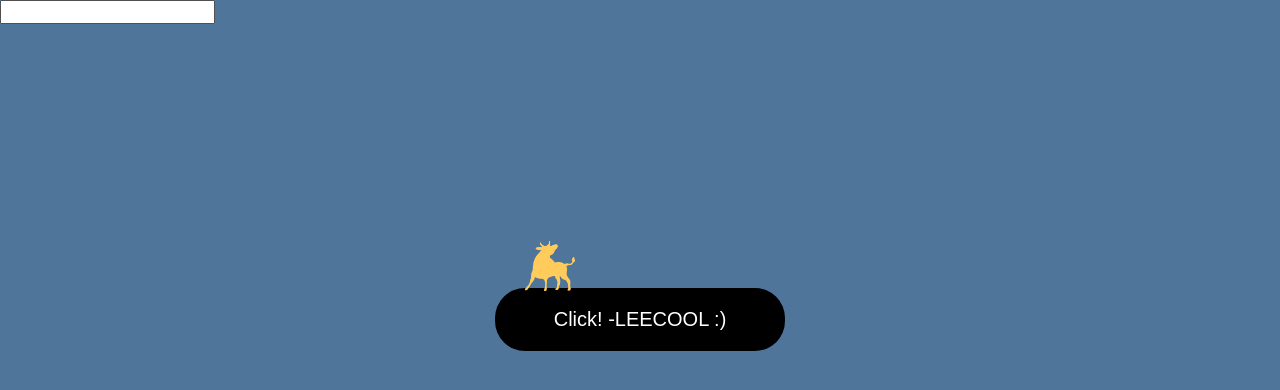
Repository: siwon9898/interaction_practice
Page: section6/index.html
An editor plug-in stored every save of this project. The page is shown before and after the next save, followed by the edit.
The browser window is 1280 px wide. The pictures show the whole page.

Above is the page before, as saved 2021-10-05 20:00:20.

### section6/index.html
<!DOCTYPE html>
<html lang="en">

<head>
    <meta charset="UTF-8">
    <meta http-equiv="X-UA-Compatible" content="IE=edge">
    <meta name="viewport" content="width=device-width, initial-scale=1.0">
    <meta property="og:image" content="../image/thumb.jpg" />

    <link rel="stylesheet" type="text/css" href="./css/reset.css" />
    <link rel="stylesheet" type="text/css" href="./css/motion.css" />
    <script type="text/javascript" src = "./js/motion.js"></script>

    <title>새복많받</title>
</head>

<body>
    <button type="button">Click! -LEECOOL :) </button>
    <div class="contentWrap">
        <div class="front">
            <h1></h1>
            <div class="sun"></div>
            <div class="cloud1"></div>
            <div class="cloud2"></div>

            <div class="m1"></div>
            <div class="m2"></div>
            <div class="snow"></div>
            <div class="m3"></div>
            <div class="cow"></div>
        </div>
        <div class="back">
            <p class="msg"></p>
            <h3></h3>
        </div>
    </div>
    <div class="user">
        <input class = "userinput" type="text">
    </div>
</body>

</html>

### section6/css/reset.css
/*! normalize.css v3.0.2 | MIT License | git.io/normalize */

/**
 * 1. Set default font family to sans-serif.
 * 2. Prevent iOS text size adjust after orientation change, without disabling
 *    user zoom.
 */

html {
  font-family: sans-serif;
  /* 1 */
  -ms-text-size-adjust: 100%;
  /* 2 */
  -webkit-text-size-adjust: 100%;
  /* 2 */
}

/**
   * Remove default margin.
   */

body {
  margin: 0;
}

/* HTML5 display definitions
     ========================================================================== */

/**
   * Correct `block` display not defined for any HTML5 element in IE 8/9.
   * Correct `block` display not defined for `details` or `summary` in IE 10/11
   * and Firefox.
   * Correct `block` display not defined for `main` in IE 11.
   */

article,
aside,
details,
figcaption,
figure,
footer,
header,
hgroup,
main,
menu,
nav,
section,
summary {
  display: block;
}

/**
   * 1. Correct `inline-block` display not defined in IE 8/9.
   * 2. Normalize vertical alignment of `progress` in Chrome, Firefox, and Opera.
   */

audio,
canvas,
progress,
video {
  display: inline-block;
  /* 1 */
  vertical-align: baseline;
  /* 2 */
}

/**
   * Prevent modern browsers from displaying `audio` without controls.
   * Remove excess height in iOS 5 devices.
   */

audio:not([controls]) {
  display: none;
  height: 0;
}

/**
   * Address `[hidden]` styling not present in IE 8/9/10.
   * Hide the `template` element in IE 8/9/11, Safari, and Firefox < 22.
   */

[hidden],
template {
  display: none;
}

/* Links
     ========================================================================== */

/**
   * Remove the gray background color from active links in IE 10.
   */

a {
  background-color: transparent;
}

/**
   * Improve readability when focused and also mouse hovered in all browsers.
   */

a:active,
a:hover {
  outline: 0;
}

/* Text-level semantics
     ========================================================================== */

/**
   * Address styling not present in IE 8/9/10/11, Safari, and Chrome.
   */

abbr[title] {
  border-bottom: 1px dotted;
}

/**
   * Address style set to `bolder` in Firefox 4+, Safari, and Chrome.
   */

b,
strong {
  font-weight: bold;
}

/**
   * Address styling not present in Safari and Chrome.
   */

dfn {
  font-style: italic;
}

/**
   * Address variable `h1` font-size and margin within `section` and `article`
   * contexts in Firefox 4+, Safari, and Chrome.
   */

h1 {
  font-size: 2em;
  margin: 0.67em 0;
}

/**
   * Address styling not present in IE 8/9.
   */

mark {
  background: #ff0;
  color: #000;
}

/**
   * Address inconsistent and variable font size in all browsers.
   */

small {
  font-size: 80%;
}

/**
   * Prevent `sub` and `sup` affecting `line-height` in all browsers.
   */

sub,
sup {
  font-size: 75%;
  line-height: 0;
  position: relative;
  vertical-align: baseline;
}

sup {
  top: -0.5em;
}

sub {
  bottom: -0.25em;
}

/* Embedded content
     ========================================================================== */

/**
   * Remove border when inside `a` element in IE 8/9/10.
   */

img {
  border: 0;
}

/**
   * Correct overflow not hidden in IE 9/10/11.
   */

svg:not(:root) {
  overflow: hidden;
}

/* Grouping content
     ========================================================================== */

/**
   * Address margin not present in IE 8/9 and Safari.
   */

figure {
  margin: 1em 40px;
}

/**
   * Address differences between Firefox and other browsers.
   */

hr {
  -moz-box-sizing: content-box;
  box-sizing: content-box;
  height: 0;
}

/**
   * Contain overflow in all browsers.
   */

pre {
  overflow: auto;
}

/**
   * Address odd `em`-unit font size rendering in all browsers.
   */

code,
kbd,
pre,
samp {
  font-family: monospace, monospace;
  font-size: 1em;
}

/* Forms
     ========================================================================== */

/**
   * Known limitation: by default, Chrome and Safari on OS X allow very limited
   * styling of `select`, unless a `border` property is set.
   */

/**
   * 1. Correct color not being inherited.
   *    Known issue: affects color of disabled elements.
   * 2. Correct font properties not being inherited.
   * 3. Address margins set differently in Firefox 4+, Safari, and Chrome.
   */

button,
input,
optgroup,
select,
textarea {
  color: inherit;
  /* 1 */
  font: inherit;
  /* 2 */
  margin: 0;
  /* 3 */
}

/**
   * Address `overflow` set to `hidden` in IE 8/9/10/11.
   */

button {
  overflow: visible;
  border: 0;
}

/**
   * Address inconsistent `text-transform` inheritance for `button` and `select`.
   * All other form control elements do not inherit `text-transform` values.
   * Correct `button` style inheritance in Firefox, IE 8/9/10/11, and Opera.
   * Correct `select` style inheritance in Firefox.
   */

button,
select {
  text-transform: none;
}

/**
   * 1. Avoid the WebKit bug in Android 4.0.* where (2) destroys native `audio`
   *    and `video` controls.
   * 2. Correct inability to style clickable `input` types in iOS.
   * 3. Improve usability and consistency of cursor style between image-type
   *    `input` and others.
   */

button,
html input[type="button"],
/* 1 */
input[type="reset"],
input[type="submit"] {
  -webkit-appearance: button;
  /* 2 */
  cursor: pointer;
  /* 3 */
}

/**
   * Re-set default cursor for disabled elements.
   */

button[disabled],
html input[disabled] {
  cursor: default;
}

/**
   * Remove inner padding and border in Firefox 4+.
   */

button::-moz-focus-inner,
input::-moz-focus-inner {
  border: 0;
  padding: 0;
}

/**
   * Address Firefox 4+ setting `line-height` on `input` using `!important` in
   * the UA stylesheet.
   */

input {
  line-height: normal;
}

/**
   * It's recommended that you don't attempt to style these elements.
   * Firefox's implementation doesn't respect box-sizing, padding, or width.
   *
   * 1. Address box sizing set to `content-box` in IE 8/9/10.
   * 2. Remove excess padding in IE 8/9/10.
   */

input[type="checkbox"],
input[type="radio"] {
  box-sizing: border-box;
  /* 1 */
  padding: 0;
  /* 2 */
}

/**
   * Fix the cursor style for Chrome's increment/decrement buttons. For certain
   * `font-size` values of the `input`, it causes the cursor style of the
   * decrement button to change from `default` to `text`.
   */

input[type="number"]::-webkit-inner-spin-button,
input[type="number"]::-webkit-outer-spin-button {
  height: auto;
}

/**
   * 1. Address `appearance` set to `searchfield` in Safari and Chrome.
   * 2. Address `box-sizing` set to `border-box` in Safari and Chrome
   *    (include `-moz` to future-proof).
   */

input[type="search"] {
  -webkit-appearance: textfield;
  /* 1 */
  -moz-box-sizing: content-box;
  -webkit-box-sizing: content-box;
  /* 2 */
  box-sizing: content-box;
}

/**
   * Remove inner padding and search cancel button in Safari and Chrome on OS X.
   * Safari (but not Chrome) clips the cancel button when the search input has
   * padding (and `textfield` appearance).
   */

input[type="search"]::-webkit-search-cancel-button,
input[type="search"]::-webkit-search-decoration {
  -webkit-appearance: none;
}

/**
   * Define consistent border, margin, and padding.
   */

fieldset {
  border: 1px solid #c0c0c0;
  margin: 0 2px;
  padding: 0.35em 0.625em 0.75em;
}

/**
   * 1. Correct `color` not being inherited in IE 8/9/10/11.
   * 2. Remove padding so people aren't caught out if they zero out fieldsets.
   */

legend {
  border: 0;
  /* 1 */
  padding: 0;
  /* 2 */
}

/**
   * Remove default vertical scrollbar in IE 8/9/10/11.
   */

textarea {
  overflow: auto;
}

/**
   * Don't inherit the `font-weight` (applied by a rule above).
   * NOTE: the default cannot safely be changed in Chrome and Safari on OS X.
   */

optgroup {
  font-weight: bold;
}

/* Tables
     ========================================================================== */

/**
   * Remove most spacing between table cells.
   */

table {
  border-collapse: collapse;
  border-spacing: 0;
}

td,
th {
  padding: 0;
}

### section6/css/motion.css
@import url("https://fonts.googleapis.com/css2?family=Handlee&display=swap");

body {
    background: #50759b;
    overflow: hidden;
}

button {
    position: absolute;
    top: 40%;
    left: 50%;
    transform: translateX(-50%);
    padding: 20px 45px;
    font-size: 20px;
    font-weight: 500;
    z-index: 10000;
    border-radius: 30px 30px 30px 30px;
    background: black;
    color: #fff;
    width: 290px;
}

button:before {
    content: " ";
    position: absolute;
    width: 50px;
    height: 50px;
    bottom: 60px;
    left: 30px;
    z-index: 0;
    background: url(/image/cow.png) center center/100% no-repeat;
    transition: all .3s ease-in-out;
}

button:hover:before {
    transform: translate(10px, -15px) scale(1.7);
}


button.dimd {
    display: none;
}

.contentWrap {
    position: absolute;
    top: 51%;
    left: 50%;
    transform: translate(-50%, -50%);
    transform-style: preserve-3d;
    perspective: 800px;
    visibility: hidden;
    opacity: 0;
}

.contentWrap.active {
    visibility: visible;
    opacity: 1;
}

.contentWrap .front {
    position: relative;
    width: 400px;
    height: 250px;
    background: #10264a;
    transform: rotateX(-10deg);
    transform-origin: bottom center;
    transform-style: preserve-3d;
    perspective: 800px;
    border-radius: 10px 10px 0 0;
}

.contentWrap .front h1{
    position: absolute;
    top: 0;
    left: 0;
    width: 100%;
    height: 200px;
    background: url(/image/text.png) center top/200px no-repeat;
    transform: translate3d(55px, 40px, 57px);
}

.contentWrap .front .sun{
    position: absolute;
    top:0;
    left: 0;
    width: 100px;
    height: 100px;
    background: url(/image/sun.png) center bottom/60px no-repeat;
    transform: translate3d(30px, 50px, 10px);

}

.contentWrap .front .cloud1 {
    position: absolute;
    top: 0;
    width: 100px;
    height: 100px;
    background: url(/image/cloud.png) center center/40px no-repeat;
    transform: translate3d(70px, 60px, 30px);
    opacity: .8;
    z-index: 10;
}

.contentWrap .front .cloud2 {
    position: absolute;
    top: 0;
    width: 100px;
    height: 100px;
    background: url(/image/cloud.png) center center/36px no-repeat;

    transform: translate3d(-20px, 90px, 40px);
    opacity: .8;
    z-index: 10;
}

.contentWrap .front .m1 {
    position: absolute;
    bottom: 0;
    right: 0;
    width: 90%;
    height: 200px;
    background: url(/image/m1.png) right bottom/55% no-repeat;
    transform: translate3d(-8px, 0, 26px);
}

.contentWrap .front .m2 {
    position: absolute;
    bottom: 0;
    right: 0;
    width: 90%;
    height: 200px;
    background: url(/image//m2.png) right bottom/100% no-repeat;
    transform: translate3d(-10px, 0, 45px);
}

.contentWrap .front .m3 {
    position: absolute;
    bottom: 0;
    right: 0;
    width: 90%;
    height: 200px;
    background:url(/image/m3.png) right bottom/75% no-repeat;
    transform: translate3d(-20px, 0, 70px);
}

.contentWrap .front .cow {
    position: absolute;
    width: 70px;
    height: 70px;
    bottom: 0;
    left: 0;
    z-index: 10;
    background: url(/image/cow.png) center center/100% no-repeat;
    transform: translate3d(65px, -9px, 48px);

}

.contentWrap .front .snow {
    position: absolute;
    bottom: 0;
    left: 0;
    width: 100%;
    height: 230px;
    background: url(/image/snow.png) center bottom/90% no-repeat;
    transform: translate3d(0px, 0, 35px);
}

.contentWrap .back {
    position: relative;
    width: 400px;
    height: 200px;
    background: linear-gradient(180deg, #d8d8d8, #fff);
    border-radius: 0 0 10px 10px;
    transform: rotateX(70deg);
    transform-origin: top center;
    transform-style: preserve-3d;
    perspective: 800px;
}

.contentWrap .back h3 {
    position: absolute;
    font-size: 12px;
    text-align: right;
    font-weight: 100;
    right: 0px;
    bottom: 0;
    transform-origin: bottom;
    transform: translate3d(-20px, 0px, 2px);
    color: #000;
    font-family: 'Handlee', cursive, "Apple SD Gothic Neo", arial;
}

.contentWrap .back .msg {
    position: absolute;
    display: block;
    width: 100%;
    font-size: 12px;
    text-align: center;
    font-weight: 100;
    top: 100px;
    left: 0px;
    transform-origin: bottom;
    transform: translate3d(0px, 0px, 2px);
    color: #000;
}

### section6/js/motion.js
var wrap;
var x = 0,
  y = 0;
var mx = 0,
  my = 0;
var isMobile = false;
var isIos = false;

window.onload = function () {
  wrap = document.querySelector(".contentWrap");
  isMobile = mobileChk();
  isIos = iosChk();
  console.log("mobile?" + isMobile)
  console.log("ios?" + isIos)
  var button = document.querySelectorAll("button")[0];

  button.addEventListener("click", function () {
    button.classList.add("dimd");
    wrap.classList.add("active");

    if (isMobile) {
      if (isIos) {
        DeviceOrientationEvent.requestPermission().then(function () {
          mobileOrientationChk();
        }).catch(console.error);

      } else {
        mobileOrientationChk();
      }

      function mobileOrientationChk() {
        window.addEventListener("deviceorientation", function (event) {
          x = event.gamma;
          y = event.beta;
        });
        loopMobile();
      }

    } else {
      window.addEventListener("mousemove", function (e) {
        x = (e.clientX - window.innerWidth / 2);
        y = (e.clientY - window.innerHeight / 2);
      });
      loop();
    }
  });

}

function loopMobile() {
  mx += (x - mx) * .1;
  my += (y - my) * .1;

  wrap.style.transform = "translate3d(-50%, -50%, 0) rotateX(" + (my - 50) + "deg) rotateY(" + (mx) + "deg)";
  window.requestAnimationFrame(loopMobile);


}

function loop() {
  mx += (x - mx) * .1
  my += (y - my) * .1;

  wrap.style.transform = "translate3d(-50%, -50%, 0) rotateX(" + (my / 10) + "deg) rotateY(" + (-mx / 10) + "deg)";

  window.requestAnimationFrame(loop);
}

function mobileChk() {
  var mobileKeyWords = new Array('Android', 'iPhone', 'iPad', 'BlackBerry', 'Windows CE', 'SAMSUNG', 'LG', 'MOT', 'SonyEricsson');
  for (var info in mobileKeyWords) {
    if (navigator.userAgent.match(mobileKeyWords[info]) != null) {
      return true;
    }
  }
  return false;
}

function iosChk(){
  var mobileKeyWords = new Array ('iPhone', 'iPad');
  for (var info in mobileKeyWords){
    if(navigator.userAgent.match(mobileKeyWords[info]) != null){
      return true;
    }
  }
  return false;
}

After the next save:
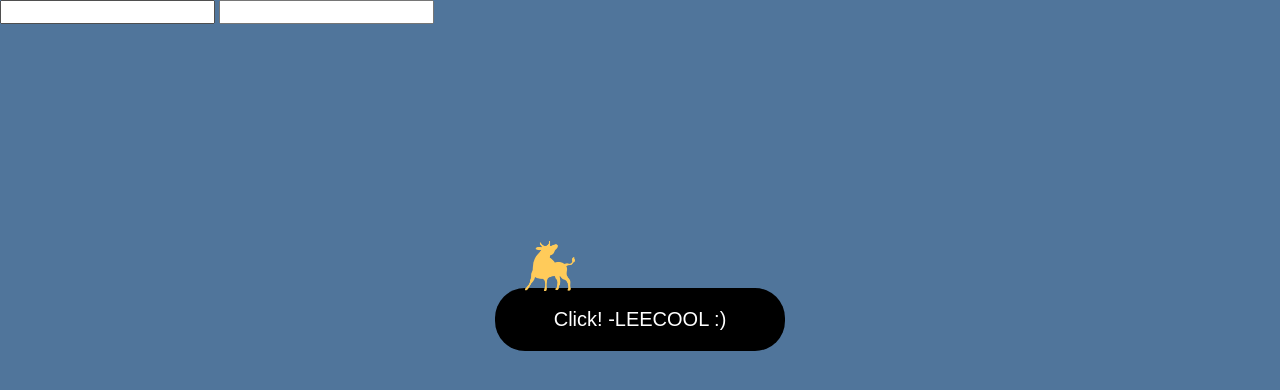
Saved 96 s later.
--- a/section6/index.html
+++ b/section6/index.html
@@ -34,8 +34,9 @@
             <h3></h3>
         </div>
     </div>
-    <div class="user">
-        <input class = "userinput" type="text">
+    <div class="userWrap">
+        <input class = "username" type="text">
+        <input class="usermsg" type="text">
     </div>
 </body>
 
